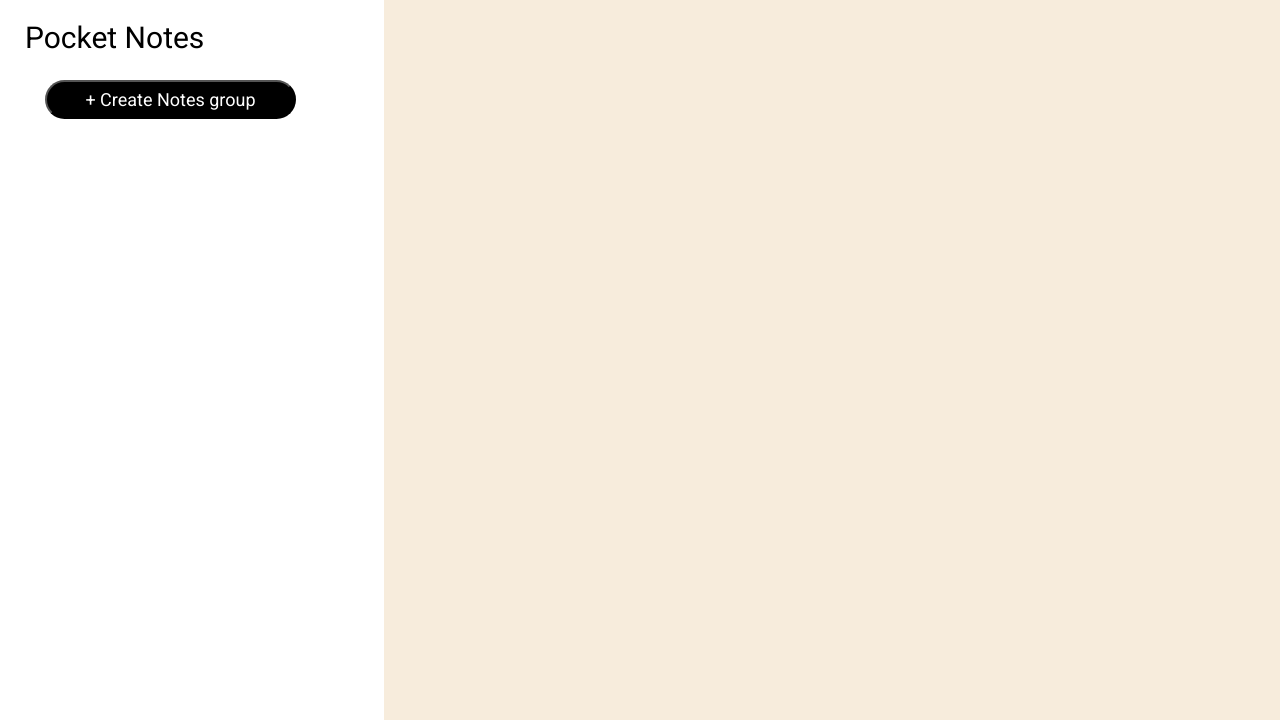
Repository: aparna129/NotesApp
Page: /
These files come from the project's save history. The page is drawn as it stood at one moment and after the next save; the edit follows.
The browser window is 1280 px wide. The pictures show the whole page.
The project was rebuilt for these pictures with package versions that can differ from the ones it lists, and the page was loaded fresh each time.

Above is the page before, as saved 2023-11-20 11:35:56.

### src/App.js
import React from "react";
import Notes from "./Notes";
function App() {
  return (
    <div>
      <Notes />
    </div>
  );
}

export default App;

### src/Notes.js
import React, { useState, useEffect } from "react";
import "./Notes.css";
import centerimage from "./images/centerimage.png";
import Vector from "./images/Vector.png";
import enterbtn from "./images/enterbtn.png";

function formatDateTime(dateTime) {
  const options = {
    hour: "2-digit",
    minute: "2-digit",
    day: "numeric",
    month: "long",
    year: "numeric",
  };
  return new Date(dateTime).toLocaleString(undefined, options);
}

function Notes() {
  const [createnotes, setCreatenotes] = useState(false);
  const handleCreateNotes = (e) => {
    e.preventDefault();
    setCreatenotes(!createnotes);
  };

  const [groups, setGroups] = useState([]);
  const [groupName, setGroupName] = useState("");
  const [groupColor, setGroupColor] = useState("");
  const [noteText, setNoteText] = useState("");

  useEffect(() => {
    const storedGroups = JSON.parse(localStorage.getItem("groups"));
    if (storedGroups) {
      setGroups(storedGroups);
    }
  }, []);

  useEffect(() => {
    localStorage.setItem("groups", JSON.stringify(groups));
  }, [groups]);

  const handleGroupNameChange = (e) => {
    setGroupName(e.target.value);
  };

  const createGroup = () => {
    setCreatenotes(!createnotes);
    if (groupName && groupColor) {
      const newGroup = {
        name: groupName,
        color: groupColor,
        notes: [],
      };
      setGroups([...groups, newGroup]);
      setGroupName("");
      setGroupColor("");
    }
  };

  const handleNoteTextChange = (e) => {
    setNoteText(e.target.value);
  };

  const addNote = (groupIndex) => {
    if (noteText) {
      const updatedGroups = [...groups];
      updatedGroups[groupIndex].notes.push({
        text: noteText,
        date: formatDateTime(new Date()),
      });
      setGroups(updatedGroups);
      setNoteText("");
    }
  };

  const handlecolorclick = (color) => {
    setGroupColor(color);
  };

  const [inputVisibility, setInputVisibility] = useState(
    groups.map(() => false)
  );

  const toggleInputVisibility = (index) => {
    const newVisibility = [...inputVisibility];
    newVisibility[index] = !newVisibility[index];
    setInputVisibility(newVisibility);
  };

  const [rightSideClasses, setRightSideClasses] = useState(
    groups.map(() => "rightside")
  );

  useEffect(() => {
    const updatedClasses = [...rightSideClasses];
    inputVisibility.forEach((visible, index) => {
      updatedClasses[index] = visible ? "box-for-each-note" : "rightside";
    });
    setRightSideClasses(updatedClasses);
  }, [inputVisibility, groups]);

  return (
    <div>
      <div
        className="body"
        style={{
          filter: createnotes ? "blur(30px)" : "none",
          minHeight: "80vh",
        }}
      >
        <div className="leftside">
          <p className="left-heading">Pocket Notes</p>
          <button className="btn" onClick={handleCreateNotes}>
            + Create Notes group
          </button>
          {groups.map((group, index) => (
            <div key={index}>
              <p
                onClick={() => toggleInputVisibility(index)}
                className="notes-name-with-icon"
              >
                <p
                  style={{
                    height: "48px",
                    width: "48px",
                    borderRadius: "100px",
                    backgroundColor: group.color,
                    color: "white",
                    fontSize: "25px",
                    fontFamily: "Roboto",
                    fontWeight: "400",
                    marginTop: "1px",
                    marginLeft: "50px",
                  }}
                >
                  <p className="icon-txt">{group.name.slice(0, 2)}</p>
                </p>
                <p className="note-names">{group.name}</p>
              </p>
            </div>
          ))}
        </div>

        <div className="rightside">
          {groups.map((group, index) => (
            <div key={index} className={rightSideClasses[index]}>
              <div className="titleofnote">
                <p
                  style={{
                    height: "48px",
                    width: "48px",
                    borderRadius: "100px",
                    backgroundColor: group.color,
                    color: "white",
                    fontSize: "25px",
                    fontFamily: "Roboto",
                    fontWeight: "400",
                    marginTop: "10px",
                    marginLeft: "50px",
                  }}
                  className="icon"
                >
                  <p className="icon-txt">{group.name.slice(0, 2)}</p>
                  <p className="note-name-in-title">{group.name}</p>
                </p>
              </div>

              <p className="notes-storing-area"></p>

              <p className="lastbox">
                <input
                  className="notes-input"
                  type="text"
                  placeholder="Enter your text here..........."
                  value={noteText}
                  onChange={handleNoteTextChange}
                />

                <img
                  style={{ marginLeft: "-35px", marginTop: "50px" }}
                  src={enterbtn}
                  onClick={() => addNote(index)}
                  height="20px"
                  width="20px"
                  alt="Enter button"
                />
              </p>

              <ul>
                {group.notes.map((note, noteIndex) => (
                  <li key={noteIndex}>
                    {note.text} - {note.date}
                  </li>
                ))}
              </ul>
            </div>
          ))}
        </div>

        {createnotes && (
          <div className="box">
            <p className="boxtext1">Create New Notes group</p>

            <p className="boxtext2">
              Group Name
              <input
                className="input"
                type="text"
                placeholder="Enter your group name...."
                value={groupName}
                onChange={handleGroupNameChange}
              ></input>
            </p>

            <p className="boxtext3">
              Choose Colour
              <div className="circles">
                <p
                  onClick={() => handlecolorclick("#b38bfa")}
                  className="circle1"
                ></p>
                <p
                  onClick={() => handlecolorclick("#ff79f2")}
                  className="circle2"
                ></p>{" "}
                <p
                  onClick={() => handlecolorclick("#43e6fc")}
                  className="circle3"
                ></p>
                <p
                  onClick={() => handlecolorclick("#f19576")}
                  className="circle4"
                ></p>{" "}
                <p
                  onClick={() => handlecolorclick("#0047ff")}
                  className="circle5"
                ></p>
                <p
                  onClick={() => handlecolorclick("#6691ff")}
                  className="circle6"
                ></p>
              </div>
            </p>

            <p className="btn2">
              <button onClick={createGroup} className="boxcreatebutton">
                Create
              </button>
            </p>
          </div>
        )}
      </div>
    </div>
  );
}

export default Notes;

### src/Notes.css
@import url("https://fonts.googleapis.com/css2?family=Roboto&display=swap");
* {
  margin: 0;
}
.body {
  display: flex;
}
.leftside {
  height: 100%;
  min-height: 100vh;
  width: 600px;
  overflow: auto;
}
.left-heading {
  margin-left: 25px;
  margin-top: 20px;
  font-weight: 500;
  font-size: 30px;
  font-family: "Roboto", sans-serif;
}
.btn {
  background-color: black;
  color: white;
  border-radius: 50px;
  padding: 2% 3%;
  width: 70%;
  margin-top: 25px;
  margin-left: 45px;
  margin-bottom: 20px;
  font-family: "Roboto", sans-serif;
  font-size: 18px;
  font-weight: 500;
}
.rightside {
  background-color: #f7ecdc;
  margin-left: 25px;
  height: 100%;
  min-height: 100vh;
  width: 1500px;
  overflow: hidden;
}
.centerimg {
  height: 40%;
  width: 50%;
  margin: 15% 25%;
}
.pocket-notes {
  text-align: center;
  margin-top: -17%;
  font-weight: 400;
  font-size: 50px;
  font-family: "Roboto", sans-serif;
}
.text1 {
  text-align: center;
  margin-top: 2%;
  font-family: "Roboto", sans-serif;
}
.text2 {
  text-align: center;
  margin-top: 0.5%;
  font-family: "Roboto", sans-serif;
}
.text3 {
  text-align: center;
  margin-top: 100px;
  margin-bottom: 1%;
  font-family: "Roboto", sans-serif;
}
.box {
  margin-left: 25%;
  margin-top: -450px;
  margin-right: 200px;
  margin-bottom: 20%;
  height: 60%;
  width: 50%;
  background-color: white;
  position: relative;
  border-radius: 8px;
  border: 1px solid black;
  overflow: auto;
}
.boxtext1 {
  margin-left: 35px;
  margin-top: 25px;
  font-family: "Roboto", sans-serif;
  font-size: 30px;
  font-weight: bold;
}
.boxtext2 {
  margin-left: 50px;
  margin-top: 30px;
  font-family: "Roboto", sans-serif;
  font-size: 25px;
  font-weight: bold;
}
.input {
  margin-left: 30px;
  margin-top: -30px;
  border-radius: 25px;
  width: 45%;
  padding: 1%;
  padding-left: 25px;
  letter-spacing: 1.5px;
  font-size: 18px;
  font-family: "Roboto", sans-serif;
  border: 1px solid #cccccc;
}
.boxtext3 {
  margin-left: 50px;
  margin-top: 35px;
  font-family: "Roboto", sans-serif;
  font-size: 25px;
  font-weight: bold;
}
.circles {
  display: inline;
}
.circle1 {
  height: 35px;
  width: 35px;
  border-radius: 100px;
  background-color: #b38bfa;
  margin-left: 30%;
  margin-top: -30px;
}
.circle2 {
  height: 35px;
  width: 35px;
  border-radius: 100px;
  background-color: #ff79f2;
  margin-left: 38%;
  margin-top: -35px;
}
.circle3 {
  height: 35px;
  width: 35px;
  border-radius: 100px;
  background-color: #43e6fc;
  margin-left: 46%;
  margin-top: -35px;
}
.circle4 {
  height: 35px;
  width: 35px;
  border-radius: 100px;
  background-color: #f19576;
  margin-left: 54%;
  margin-top: -35px;
}
.circle5 {
  height: 35px;
  width: 35px;
  border-radius: 100px;
  background-color: #0047ff;
  margin-left: 62%;
  margin-top: -35px;
}
.circle6 {
  height: 35px;
  width: 35px;
  border-radius: 100px;
  background-color: #6691ff;
  margin-left: 70%;
  margin-top: -35px;
}
.btn2 {
  text-align: right;
}
.boxcreatebutton {
  width: 20%;
  padding: 1% 1%;
  margin-top: 20px;
  margin-right: 20px;
  margin-bottom: 15px;
  border-radius: 12px;
  background-color: black;
  color: white;
}
.notes-style {
  overflow: auto;
}
.notes-name-with-icon {
  display: flex;
  margin-bottom: 15px;
}
.note-names {
  font-size: 25px;
  font-family: "Roboto", sans-serif;
  font-weight: 400;
  margin-top: 10px;
  margin-left: 20px;
}

.icon-txt {
  padding-left: 8px;
  padding-top: 9px;
  font-family: "Roboto", sans-serif;
  text-transform: uppercase;
}
.titleofnote {
  height: 69px;
  width: 900px;
  background-color: #e8e8e8;
}
.notes-storing-area {
  height: 400px;
  width: 900px;
  background-color: #f7ecdc;
}
.lastbox {
  background-color: #e8e8e8;
  height: 180px;
  width: 900px;
}
.notes-input {
  background-color: white;
  height: 120px;
  width: 830px;
  margin-left: 28px;
  margin-top: 35px;
  border: none;
  border-radius: 15px;
  color: #9a9a9a;
  font-size: 20px;
  font-family: "Roboto", sans-serif;
  padding-left: 15px;
  padding-top: -20px;
}
.note-name-in-title {
  margin-left: 60px;
  margin-top: -30px;
  color: black;
}
.icon {
  margin-top: 0px;
  position: absolute;
}

Loaded but not shown: public/index.html (common file); src/index.js (common file)

After the next save:
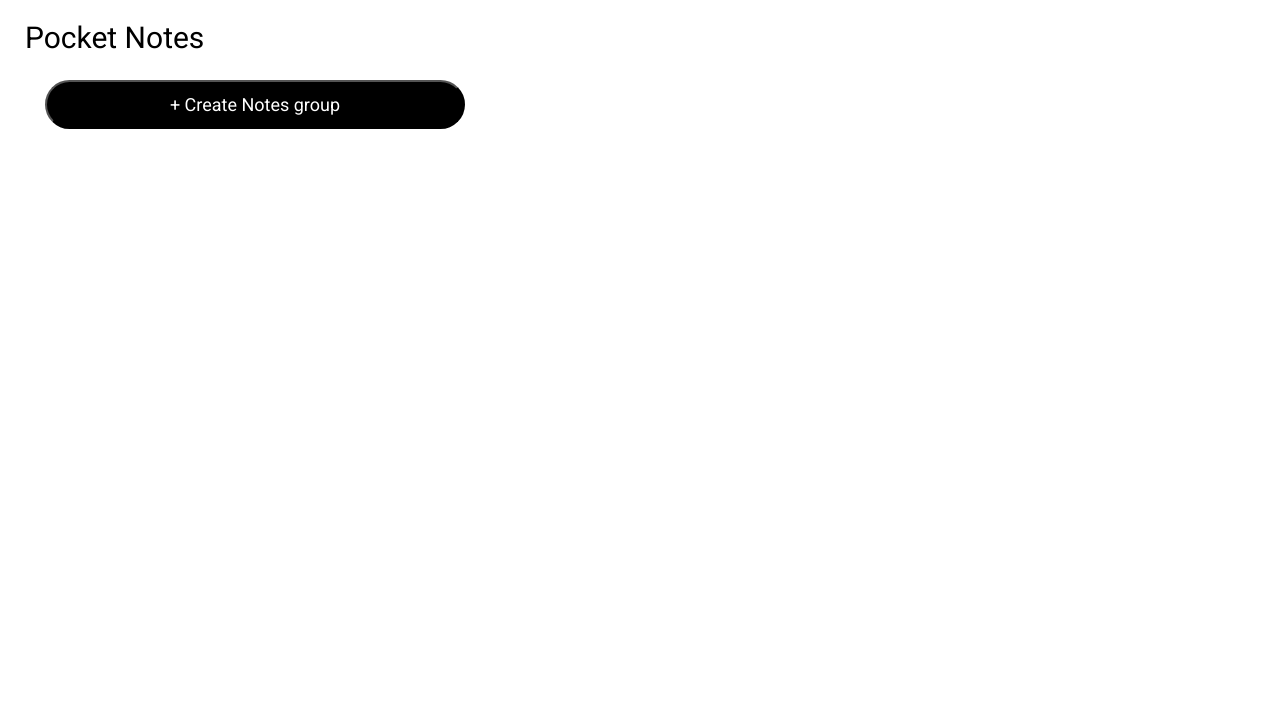
Saved 46 s later.
--- a/src/Notes.js
+++ b/src/Notes.js
@@ -140,7 +140,7 @@
           ))}
         </div>
 
-        <div className="rightside">
+        <div >
           {groups.map((group, index) => (
             <div key={index} className={rightSideClasses[index]}>
               <div className="titleofnote">
